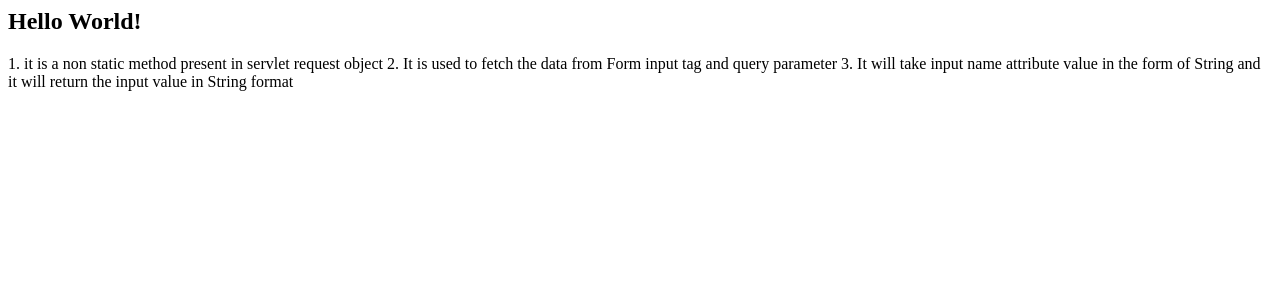
Repository: RishabhUmredkar/Adv-Java
Page: http://localhost/Form/index.jsp
An editor plug-in stored every save of this project. The page is shown before and after the next save, followed by the edit.
The browser window is 1280 px wide. The pictures show the whole page.
The page is served by Tomcat 9. Other server files are loaded and not shown.

Above is the page before, as saved 2024-12-31 12:43:20.

### Form/src/main/webapp/index.jsp
<html>
<body>
<h2>Hello World!</h2>
</body>
</html>
1.	it is a non static method present in servlet request object
2.	It is used to fetch the data from Form input tag and query parameter
3. 	It will take input name attribute value in the form of String and it will return the input value
	in String format

After the next save:
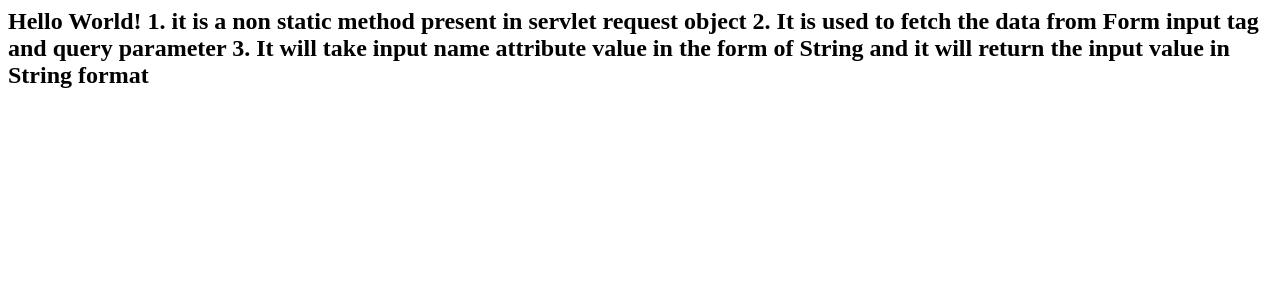
Saved 12 s later.
--- a/Form/src/main/webapp/index.jsp
+++ b/Form/src/main/webapp/index.jsp
@@ -1,9 +1,11 @@
 <html>
 <body>
-<h2>Hello World!</h2>
-</body>
-</html>
+<h2>Hello World!
+
 1.	it is a non static method present in servlet request object
 2.	It is used to fetch the data from Form input tag and query parameter
 3. 	It will take input name attribute value in the form of String and it will return the input value
 	in String format
+</h2>
+</body>
+</html>
